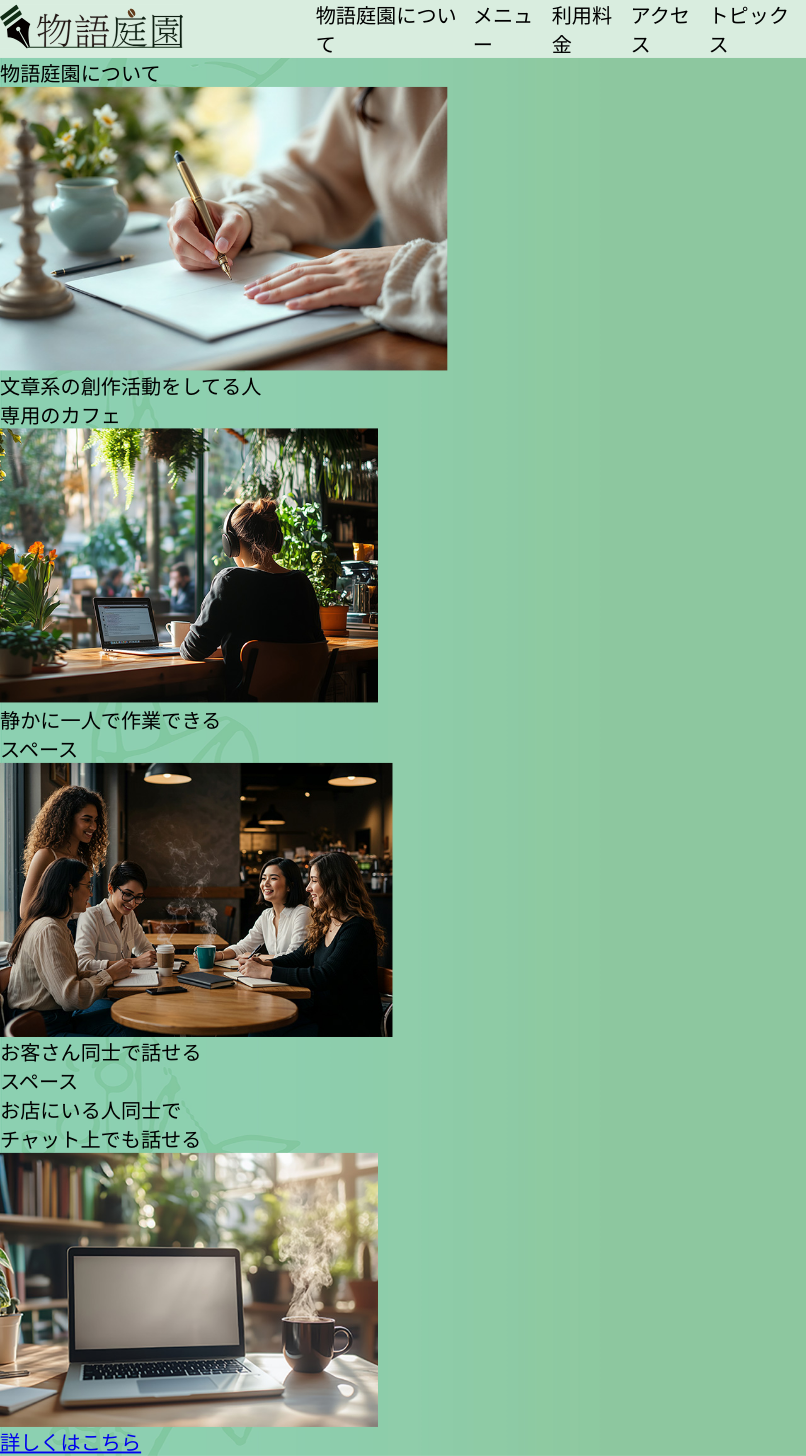
Repository: saka-kou/GardenStory
Page: index.html
The author's editor kept a copy of each file at every save. The page is drawn from the files as they stood at one save, then again after the next save.
The browser window is 1280 px wide. The pictures show the whole page, at 63% of full size.
Some web fonts or font styles are not loaded; a fallback is used.

Above is the page before, as saved 2025-07-23 17:32:55.

### index.html
<!DOCTYPE html>
<html lang="en">
<head>
    <meta charset="UTF-8">
    <meta name="viewport" content="width=device-width, initial-scale=1.0">
    <link rel="preconnect" href="https://fonts.googleapis.com">
    <link rel="preconnect" href="https://fonts.gstatic.com" crossorigin>
    <link href="https://fonts.googleapis.com/css2?family=Kaisei+Opti&display=swap" rel="stylesheet">

    <title>物語庭園</title>
    <link rel="stylesheet" href="css/index.css">
</head>
<body>
    <header>
        <h1><img src="images/logo.svg" alt="物語庭園ロゴ"></h1>
        <ul id="gnavi" class="consept-text">
            <li>物語庭園について</li>
            <li>メニュー</li>
            <li>利用料金</li>
            <li>アクセス</li>
            <li>トピックス</li>
        </ul>
    </header>
    <h2 class="consept-text">物語庭園について</h2>
        <img src="images/write.jpeg" alt="文創" class="leftimg">
        <p class="consept-text">文章系の創作活動をしてる人<br>
        専用のカフェ
        </p>
        <img src="images/work.jpeg" alt="作業" class="rightimag">
        <p class="consept-text">静かに一人で作業できる<br>
        スペース
        </p>
        <img src="images/talk.jpeg" alt="話せる" class="leftimg">
        <p class="consept-text">お客さん同士で話せる<br>
        スペース
        </p>
        <p class="consept-text">お店にいる人同士で<br>
        チャット上でも話せる
        </p>
        <img src="images/Website.jpeg" alt="Webサイト" class="rightimg">
        <p class="consept-text"><a href="#">詳しくはこちら</a></p>
</body>
</html>

### css/index.css
*{
    margin: 0;
    padding: 0;
}
body{
    background-image: url("../images/壁紙例2.webp");
    /*background-color: #5BBB8F;*/
}
header{
    display: flex;
    align-items: center;
    justify-content: space-between;
    background: #D9EDDF;
    gap: 210px;
}
#gnavi{
    display: flex;
    list-style-type: none;
    width: 100%;
}
.consept-text{
    font-family: "Kaisei Opti", serif;
    font-weight: 400;
    font-style: normal;
    font-size: 32px;
}
.leftimg{
    display: flex;
}
.rightimg{
    display: flex;
}

After the next save:
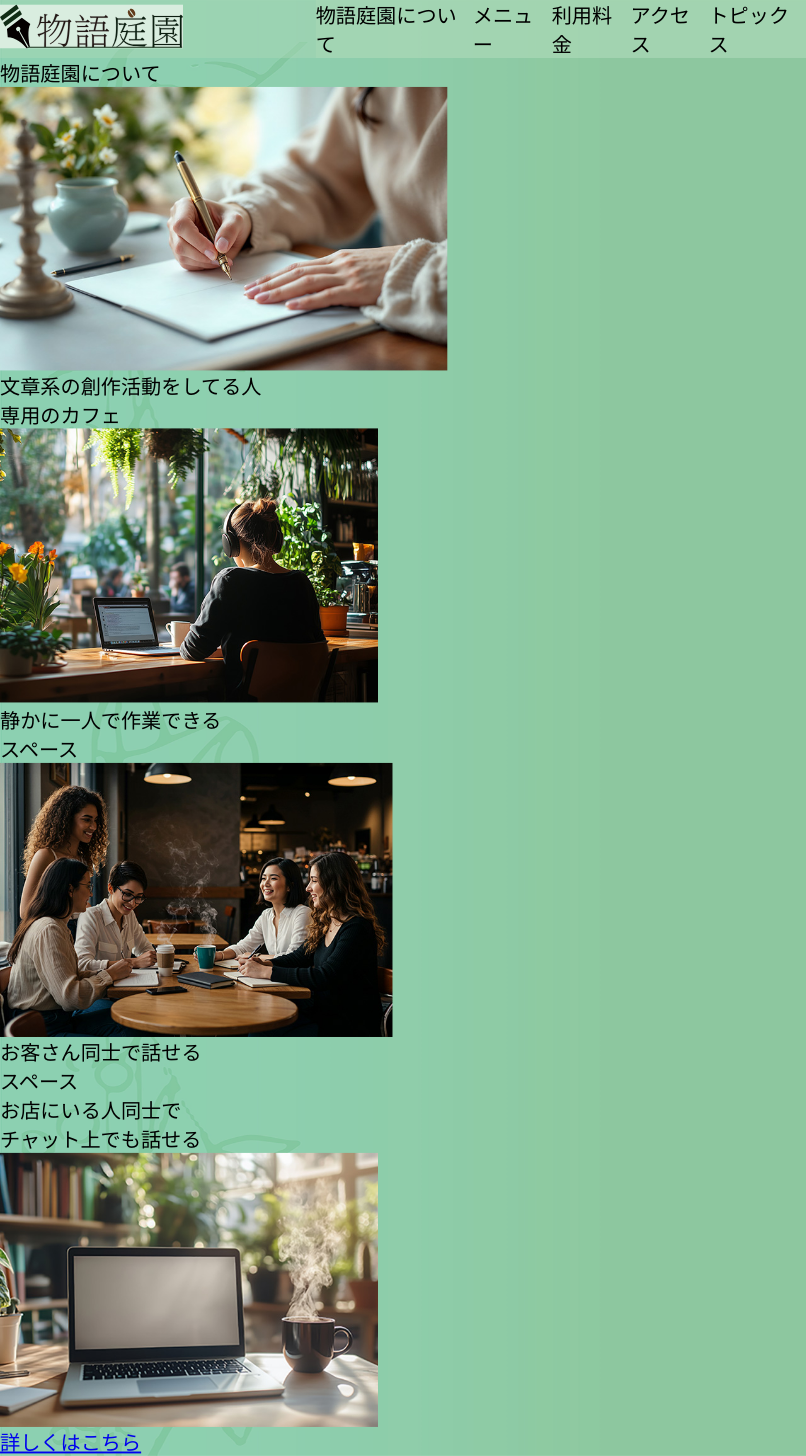
Saved 20 s later.
--- a/css/index.css
+++ b/css/index.css
@@ -10,13 +10,14 @@ header{
     display: flex;
     align-items: center;
     justify-content: space-between;
-    background: #D9EDDF;
+    background-color: rgba(171, 215, 183, 0.45);
     gap: 210px;
 }
 #gnavi{
     display: flex;
     list-style-type: none;
     width: 100%;
+    background-color: rgba(171, 215, 183, 0.45);
 }
 .consept-text{
     font-family: "Kaisei Opti", serif;
